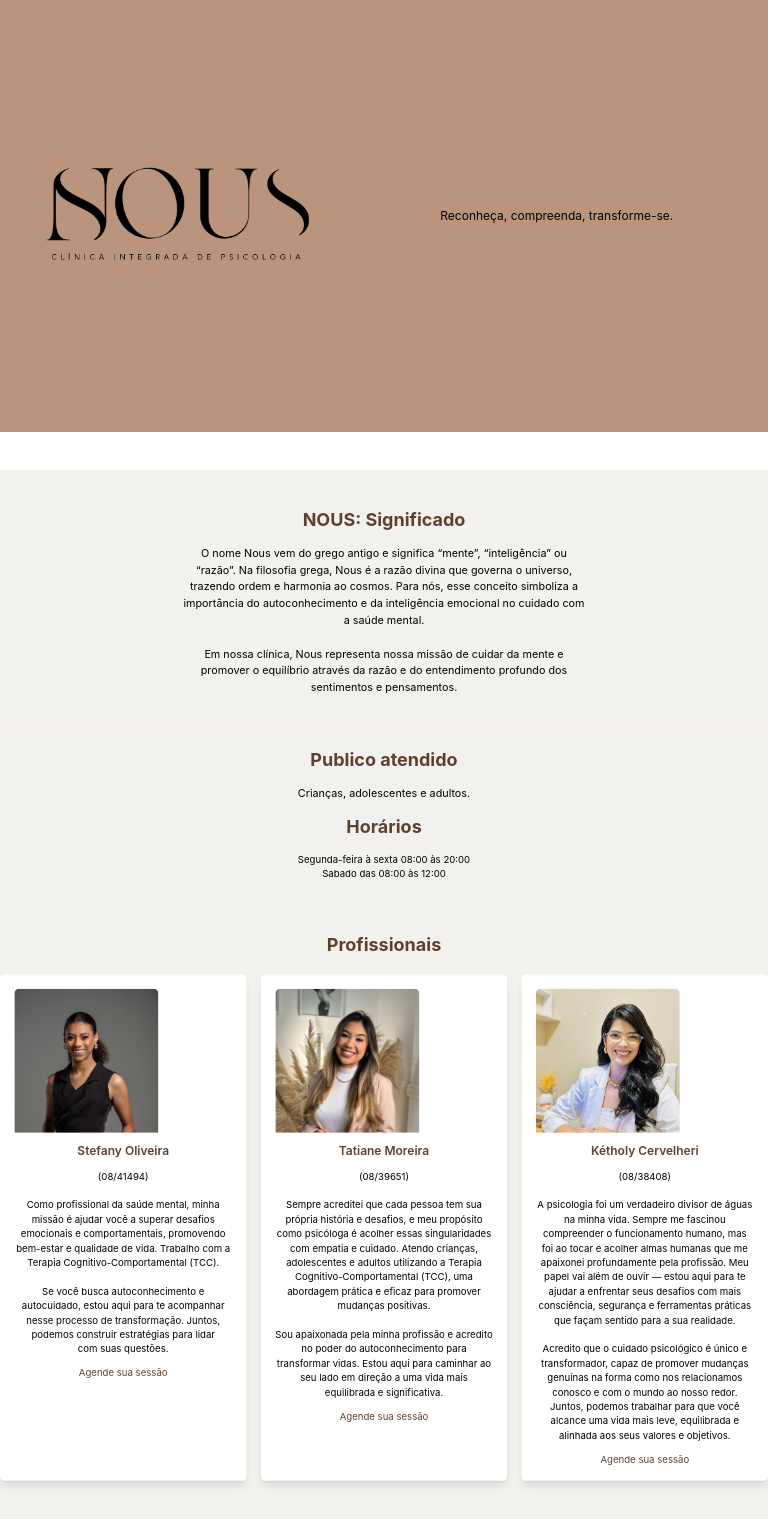
Repository: Mcervelheri/Nous
Page: /
These files come from the project's save history. The page is drawn as it stood at one moment and after the next save; the edit follows.
The browser window is 1280 px wide. The pictures show the whole page, at 60% of full size.
The project was rebuilt for these pictures with package versions that can differ from the ones it lists, and the page was loaded fresh each time. Also part of the build but not shown: vite.config.js.

Above is the page before, as saved 2025-02-19 22:52:57.

After the next save:
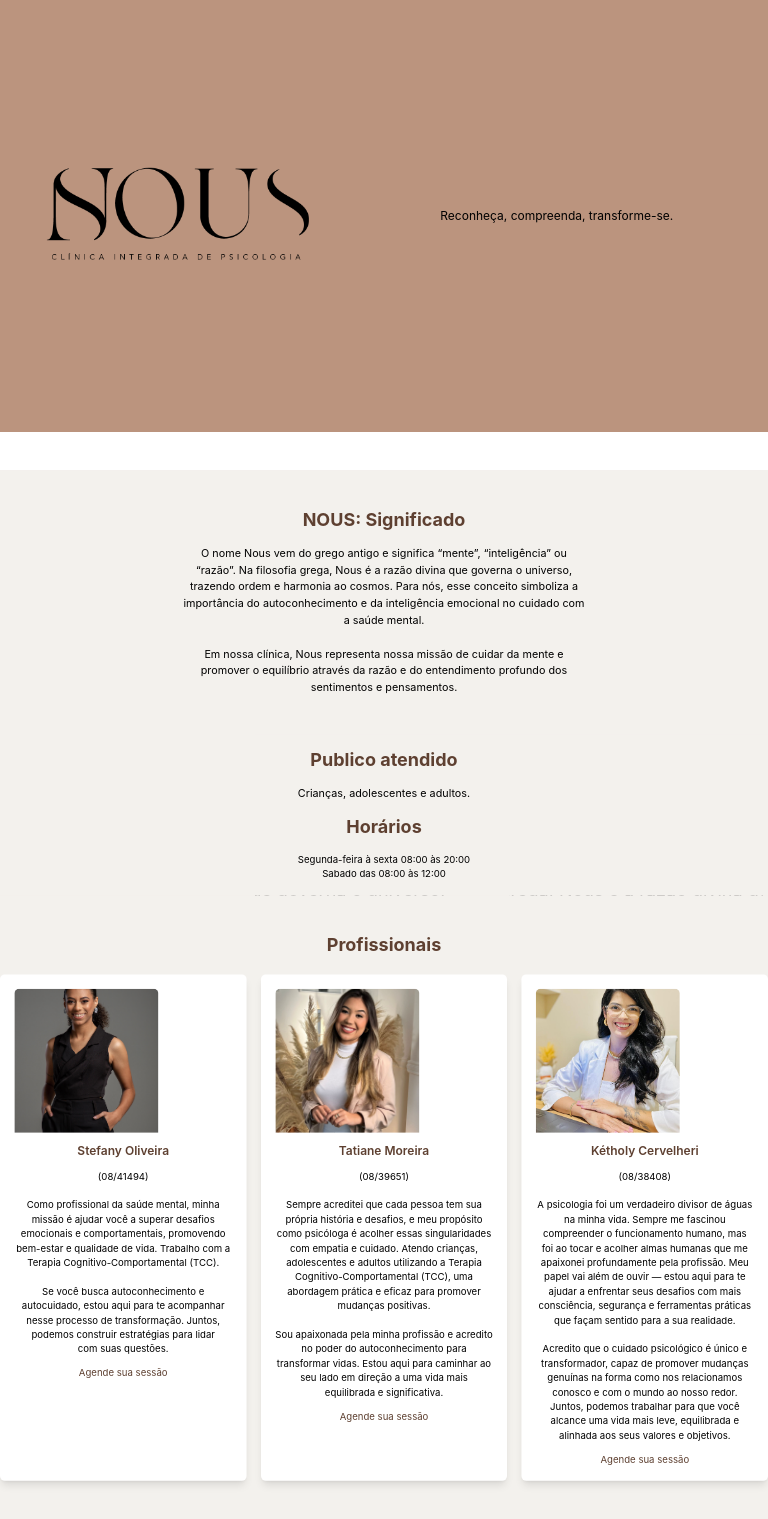
Saved 8 s later.
--- a/src/components/Professional.jsx
+++ b/src/components/Professional.jsx
@@ -7,7 +7,7 @@ const Professional = ({ img, name, crp, text1, text2 }) => {
         <img
           src={img}
           alt={name}
-          className="w-full h-full object-cover object-top rounded-t-lg"
+          className="w-full h-full object-cover object-center rounded-t-lg"
         />
       </div>
       <h3 className="text-xl font-semibold my-4 text-[#5e4031]">{name}</h3>
